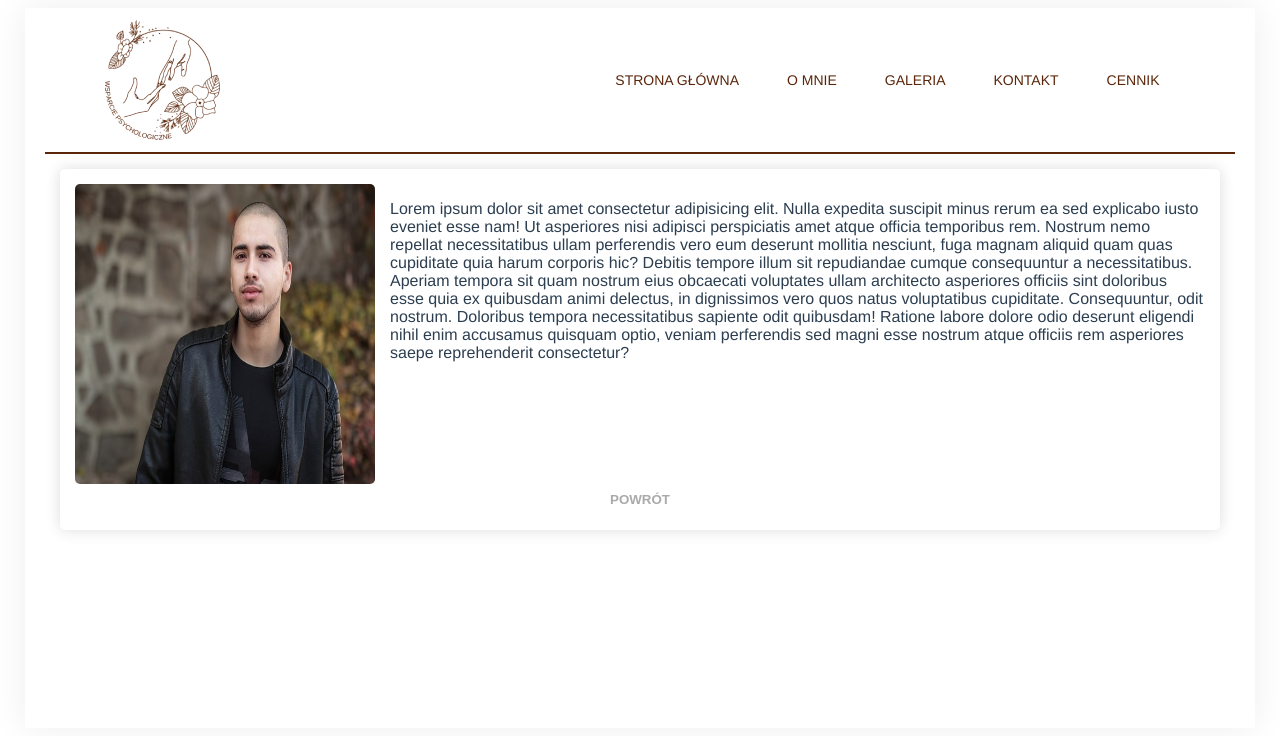
Repository: Kondzioor/szczepan-page
Page: /about
These files come from the project's save history. The page is drawn as it stood at one moment and after the next save; the edit follows.
The browser window is 1280 px wide. The pictures show the whole page.
Some web libraries are served in a nearby version. The project was rebuilt for these pictures with package versions that can differ from the ones it lists, and the page was loaded fresh each time. Also part of the build but not shown: src/views/Home.vue.

Above is the page before, as saved 2022-04-12 14:50:22.

After the next save:
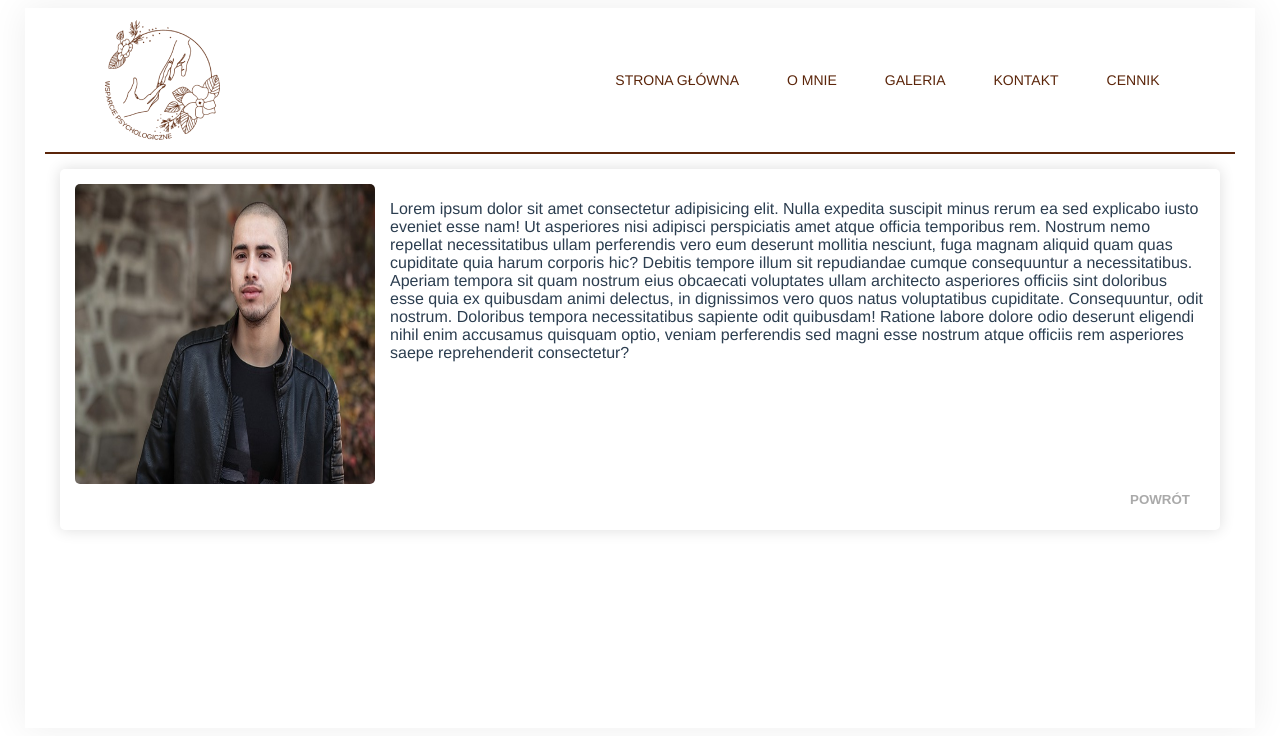
Saved 9 s later.
--- a/src/views/AboutUs.vue
+++ b/src/views/AboutUs.vue
@@ -29,8 +29,8 @@
 
 .container{
     display: flex;
-    align-items: center;
-    justify-content: flex-end;
+    align-items: flex-end;
+    justify-content: center;
     border-radius: 50px;
     margin: 15px 15px;
     flex-direction: column;
